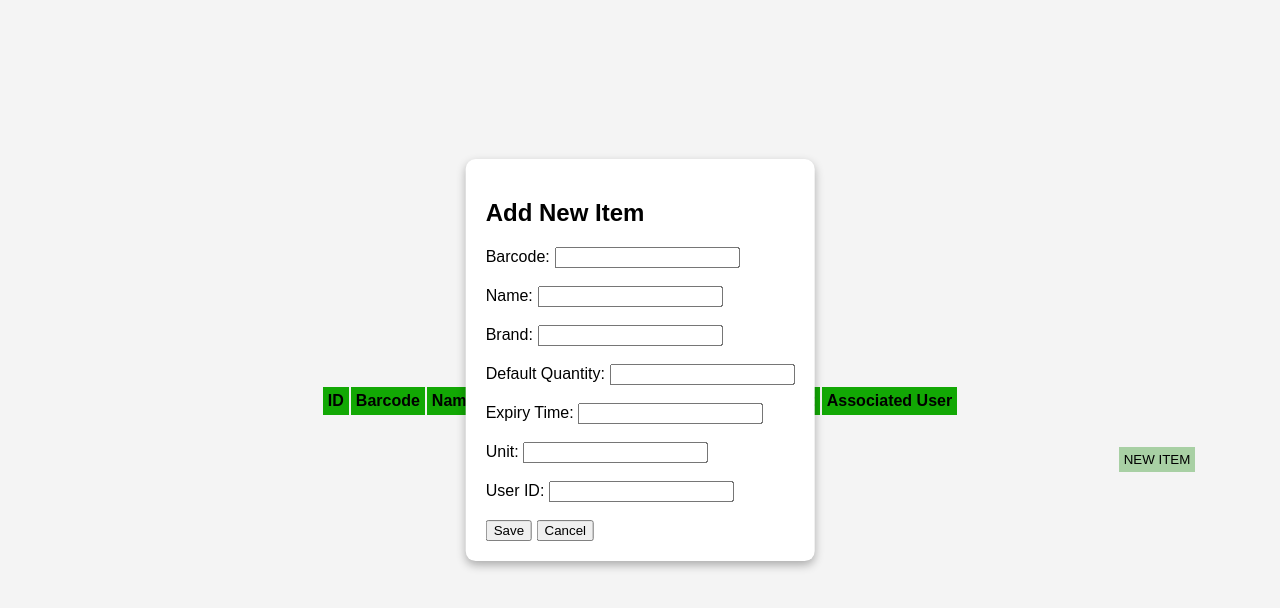
Repository: ChickenTenders2/FoodLink
Page: web_app/templates/item_view.html
These files come from the project's save history. The page is drawn as it stood at one moment and after the next save; the edit follows.
The browser window is 1280 px wide. The pictures show the whole page.
After loading, the first visible `button.add` was clicked once.
The page is served by the project's application, run on Flask 3 (web_app/app.py). Other server files are loaded and not shown. The template is opened directly, without the code that normally fills it, so the values that code supplies are empty.

Above is the page before, as saved 2025-04-19 20:04:20.

### web_app/templates/item_view.html
<!DOCTYPE html>
<html lang="en">
<head>
    <meta charset="UTF-8">
    <meta name="viewport" content="width=device-width, initial-scale=1.0">
    <title>FoodLink Admin</title>
    <!-- Link to the external CSS file -->
    <link rel="stylesheet" href="{{ url_for('static', filename='style.css') }}">
</head>
<body>
    <h1 class="item_view_title">Items Table</h1>
    <div class="items">
    <table class="table-items">
        <tr>
            <th>ID</th>
            <th>Barcode</th>
            <th>Name</th>
            <th>Brand</th>
            <th>Expiry Time</th>
            <th>Default Quantity</th>
            <th>Unit</th>
            <th>Associated User</th>
        </tr>
        {% for row in items %}
            <tr onmouseover="interact(event)" onclick="options(event)" onmouseout="reset(event)">
            {% for col in row %}
                <td>{{ col }}</td>
            {% endfor %}
                <td style="visibility:hidden;"><button class="item_button" onclick="remove_item('{{ row[0] }}', event)"> X </button></td>
                <td style="visibility:hidden;"><button class="item_button" onclick="open_popup('{{ row[2] }}', '{{ row[1] }}', '{{ row[2] }}', '{{ row[3] }}', '{{ row[5] }}', '{{ row[4] }}', '{{ row[6] }}', '{{ row[0] }}', '{{ row[7] }}')"> ✐ </button></td>
            </tr>
        {% endfor %}
    </table>
    </div>
    <button class="add" onclick="open_popup('New Item', '', '', '', '', '', '', '', '', true)">NEW ITEM</button>
       <!-- Pop-Up for Editing Quantity & Expiration Date -->
       <div id="popup" class="popup">
        <h2 id="popup-title"></h2>
        <form id="update-form">
            <label for="barcode" id="barcode-label" hidden>Barcode:</label>
            <input type="hidden" id="barcode" name="barcode">
            <br><br>
            <label for="name">Name:</label>
            <input type="string" id="name" name ="name" required>
            <br><br>
            <label for="brand">Brand:</label>
            <input type="string" id="brand" name="brand" required>
            <br><br>
            <label for="quantity">Default Quantity:</label>
            <input type="number" id="quantity" name ="quantity" min ="1" required>
            <br><br>
            <label for="expiry">Expiry Time:</label>
            <input type="string" id="expiry" name="expiry" required>
            <br><br>
            <label for="unit">Unit:</label>
            <input type="string" id="unit" name="unit" required>
            <br><br>
            <label for="unit">User ID:</label>
            <input type="number" id="user-id" name="user-id">
            <br><br>
            <!-- hidden inputs used so js code has variables needed to update-->
            <input type="hidden" id="original-expiry" name="original-expiry">
            <input type="hidden" id="original-quantity" name="original-quantity">
            <input type="hidden" id="original-user-id" name="original-user-id">
            <input type="hidden" id="original-brand" name="original-brand">
            <input type="hidden" id="original-name" name="original-name">
            <input type="hidden" id="original-unit" name="original-unit">
            <input type="hidden" id="inventory-id" name="inventory_id">
            <button type="submit">Save</button>
            <button type="reset" onclick="close_popup()">Cancel</button>
        </form>
    </div>
    <script src="{{ url_for('static', filename='js/item_view.js') }}"></script>
    <script src="{{ url_for('static', filename='js/table.js') }}"></script>
</body>
</html>

### web_app/app.py
from flask import Flask, jsonify, render_template, request, url_for, Response
from item import item_table
from recipe import recipe_table
from input_handling import input_handling
app = Flask(__name__, template_folder = "templates")

# Item table interface
@app.route('/admin/item_view')
def get_items():
    items = item.get_all()
    return render_template("item_view.html", items = items)

# Recipe table interface
@app.route('/admin/recipe_view')
def get_recipes():
    recipes = recipe.get_all()
    return render_template("recipe_view.html", recipes = recipes)

@app.route('/admin/item_view/delete', methods = ['POST'])
def delete_item():
    try:
        id = request.data.decode('utf-8')
        item.remove_item(id)
        return jsonify({'success': True})
    except Exception as e:
        return jsonify({'success': False, 'error': str(e)})

@app.route('/admin/recipe_view/delete', methods = ['POST'])
def delete_recipe():
    try:
        id = request.data.decode('utf-8')
        recipe.remove_recipe(id)
        return jsonify({'success': True})
    except Exception as e:
        return jsonify({'success': False, 'error': str(e)})

@app.route('/admin/item_view/update_item', methods = ['POST'])
def update_item_admin():
    inventory_id = request.form['inventory_id']
    name = request.form['name']
    brand = request.form['brand']
    quantity = request.form['quantity']
    expiry_date = request.form['expiry']
    unit = request.form['unit']
    barcode = request.form['barcode']
    user = request.form['user-id']
    if barcode == "None":
        barcode = None
    if user == "":
        user = None
    valid = input.validate_expiry(expiry_date)
    if valid:
        try:
            item.update_item(inventory_id, barcode, name, brand, expiry_date, quantity, unit, user)
            return jsonify({'success': True})
        except Exception as e:
            return jsonify({'success': False, 'error': str(e)})
    else:
         return jsonify({'success': False, 'error': str("Expiry formatted incorrectly")})

@app.route('/admin/item_view/update_recipe', methods = ['POST'])
def update_recipe_admin():
    recipe_id = request.form['recipe-id']
    name = request.form['name']
    instructions = request.form['instructions']
    user = request.form['user-id']
    if user == "":
        user = None
    try:
        recipe.update_recipe(recipe_id, name, instructions, user)
        return jsonify({'success': True})
    except Exception as e:
        return jsonify({'success': False, 'error': str(e)})

@app.route('/admin/item_view/add_item', methods = ['POST'])
def add_item_admin():
    barcode = request.form['barcode']
    name = request.form['name']
    brand = request.form['brand']
    quantity = request.form['quantity']
    expiry_date = request.form['expiry']
    unit = request.form['unit']
    user = request.form['user-id']
    if barcode == "":
        barcode = None
    if user == "":
        user = None
    valid = input.validate_expiry(expiry_date)
    if valid:
        try:
            item.add_item(barcode, name, brand, expiry_date, quantity, unit, user)
            return jsonify({'success': True})
        except Exception as e:
            return jsonify({'success': False, 'error': str(e)})
    else:
         return jsonify({'success': False, 'error': str("Expiry formatted incorrectly")})

@app.route('/admin/recipe_view/add_item', methods = ['POST'])
def add_recipe_admin():
    name = request.form['name']
    instructions = request.form['instructions']
    user = request.form['user-id']
    if user == "":
        user = None
    try:
        recipe.add_recipe(name, instructions, user)
        return jsonify({'success': True})
    except Exception as e:
        return jsonify({'success': False, 'error': str(e)})

if __name__ == '__main__':
    # Classes for handling sql expressions
    input = input_handling()
    item = item_table()
    recipe = recipe_table()
    app.run(debug=True)

### web_app/static/style.css
.widget {
    text-align: center;
}


/* General Styles */

.add {
    margin-left: 1034px;
    margin-top: 30px;
    background-color: #27941d5e;
    padding: 5px;
    cursor: pointer;
    border: none;
}

.add:hover {
    background-color: #053b0585;
    margin-left: 1034px;
    margin-top: 30px;
    padding: 5px;
    cursor: pointer;
    border: none;
    scale: 1.1;
}

tr:nth-child(odd) {
    background-color: #27941d5e;
}

tr:nth-child(even) {
    background-color: #1c64166b;
}

.item_view_title {
    padding: 50px;
}

.item_button {
    border: none;
    background-color: #49f33900;
    cursor: pointer;
    color: rgb(0, 0, 0);
}

.item_button:hover {
    border: none;
    cursor: pointer;
    scale: 1.5;
}

td {
    padding: 5px;
    cursor: pointer;
}

th {
    padding: 5px;
    cursor: default;
}

.modal {
    display: none;
    position: fixed;
    z-index: 1000;
    left: 0;
    top: 0;
    width: 100%;
    height: 100%;
    overflow: auto;
    background-color: rgba(0,0,0,0.4);
}

.instructions-form {
    height: 20vh;
}

.popup {
    z-index: 1;
}

.items {
    max-height: 60vh;
    max-width: 90%;
    overflow: auto;
}

table th {
    position: sticky;
    top: 0;
    z-index: 1;
    background-color: #12a804;
}

.modal-content {
    background-color: #fff;
    margin: 10% auto;
    padding: 20px;
    border: 1px solid #888;
    width: 80%;
    border-radius: 10px;
}

.modal-content h2 {
    margin-top: 0;
}

.modal-content button {
    margin-right: 10px;
}

body {
    font-family: Arial, sans-serif;
    background-color: #eaf5e0; /* Light green background */
    display: flex;
    flex-direction: column;
    justify-content: center;
    align-items: center;
    height: 100vh;
}


/* General Styles */
body {
    font-family: Arial, sans-serif;
    background-color: #f4f4f4;
    display: flex;
    flex-direction: column;
    align-items: center;
    height: 100vh;
    margin: 0;
}

h1 {
    margin-bottom: 20px;
}

.dashboard-container {
    display: flex;
    flex-direction: column;
    width: 90%;
}

/* Header Section */
.header {
    display: flex;
    justify-content: space-between;
    align-items: center;
    padding: 10px;
}

h1 {
    margin: 0;
    text-align: left;
}

.user-section {
    display: flex;
    align-items: center;
}

.user-section img {
    width: 30px;
    height: 30px;
    margin-right: 10px;
    cursor: pointer;
}

/* Grid Layout */
.dashboard-content {
    display: grid;
    grid-template-columns: 290px 290px 300px;
    gap: 100px;
    align-items: start;
}

.left-section {
    display: grid;
    grid-template-columns: 290px 290px;
    grid-template-rows: 150px 150px;
    gap: 100px;
}

.tile {
    background-color: #d4edc9;
    padding: 30px;
    text-align: center;
    border-radius: 10px;
    font-size: 18px;
    cursor: pointer;
    transition: transform 0.2s ease-in-out;
    width: 290px;
    height: 150px;
}

.tile:hover {
    transform: scale(1.05);
}

#inventory {
    grid-column: 1;
    grid-row: 1;
}

#recipes {
    grid-column: 2;
    grid-row: 1;

}

#shopping-list {
    grid-column: 1;
    grid-row: 2;

}

#temperature {
    grid-column: 2;
    grid-row: 2;
    width: 112px;
}

#humidity {
    grid-column: 2;
    grid-row: 2;
    width: 112px;
    margin-left: 175px;
}

#alerts {
    grid-column: 3;
    grid-row: 1 / span 2;
    width: 300px;
    height: 400px;
}

/*Login/Register Styles*/

.auth-container {
    background-color: rgba(255, 255, 255, 0.85);
    padding: 40px;
    border-radius: 20px;
    width: 90%;
    max-width: 400px;
    box-shadow: 0 8px 16px rgba(0,0,0,0.3);
    text-align: center;
}

.auth-container h2 {
    margin-bottom: 30px;
    font-size: 32px;
    font-weight: bold;
}

.input-group {
    display: flex;
    flex-direction: column;
    gap: 15px;
    margin-bottom: 20px;
    width: 100%;
}

.name-group {
    display: flex;
    gap: 15px;
    width: 100%;
}

.name-group input {
    flex: 1;
    padding: 12px;
    font-size: 16px;
    border: none;
    border-radius: 30px;
    background-color: #f3f3f3;
    box-sizing: border-box;
}

.input-group input {
    padding: 12px;
    font-size: 16px;
    border: none;
    border-radius: 30px;
    background-color: #f3f3f3;
    width: 100%;
    box-sizing: border-box;
}

.auth-button {
    padding: 12px 24px;
    font-size: 18px;
    border: none;
    border-radius: 30px;
    background-color: #a6d785;
    color: #000;
    cursor: pointer;
    transition: background-color 0.3s ease;
    width: 48%;
    box-sizing: border-box;
}

.auth-button:hover {
    background-color: #8fca6c;
}


/* Inventory Grid */
.inventory-container {
    display: grid;
    grid-template-columns: repeat(auto-fill, minmax(100px, 1fr));
    gap: 10px;
    max-width: 1000px;
    background-color: #d4edc9; /* Soft green */
    padding: 15px;
    margin-top: 10px;
    border-radius: 10px;
    box-shadow: 2px 2px 10px rgba(0, 0, 0, 0.2);
}

/* Inventory Tiles */
.inventory-tile {
    width: 100px;
    height: 100px;
    background-color: #85c88a; /* Darker green for contrast */
    border-radius: 5px;
    display: flex;
    justify-content: center;
    align-items: center;
    position: relative;
    cursor: pointer;
    transition: transform 0.2s ease-in-out;
}

a.tile-link {
    text-decoration: none;
    color: inherit;
    display: inline-block;
}

.inventory-tile:hover {
    transform: scale(1.1); /* Slight zoom on hover */
}

/* Item Image */
.inventory-tile img {
    width: 80%;
    height: 80%;
    object-fit: contain;
}

/* Hover Effect: Show Item Name */
.item-name {
    position: absolute;
    bottom: -5px;
    left: 50%;
    transform: translateX(-50%);
    background-color: rgba(0, 100, 0, 0.8); /* Dark green */
    color: white;
    padding: 5px;
    border-radius: 5px;
    font-size: 12px;
    opacity: 0;
    transition: opacity 0.2s ease-in-out;
}

.inventory-tile:hover .item-name {
    opacity: 1;
}

/* Pop-Up for Editing Item Details */
.popup {
    position: fixed;
    top: 50%;
    left: 50%;
    transform: translate(-50%, -50%);
    background-color: white;
    padding: 20px;
    border-radius: 10px;
    box-shadow: 0px 4px 10px rgba(0, 0, 0, 0.3);
    display: none; /* Initially hidden */
}

/* Responsive Styling */
@media (max-width: 768px) {
    .inventory-container {
        grid-template-columns: repeat(auto-fill, minmax(80px, 1fr));
        max-width: 90%;
    }

    .inventory-tile {
        width: 80px;
        height: 80px;
    }

    .popup {
        width: 80%;
    }

    .grid-container {
        grid-template-columns: repeat(2, 1fr);
    }
    .large {
        grid-column: span 2;
    }
}

/* Recipes Page Styles */

.recipes-container {
    width: 100%;
    max-width: 1000px;
    display: flex;
    flex-direction: column;
    gap: 20px;
    padding-top: 20px;
}

.recipe-tile {
    background-color: #d4edc9;
    border-radius: 10px;
    padding: 20px;
    font-size: 18px;
    cursor: pointer;
    transition: transform 0.2s ease-in-out;
    box-shadow: 0 2px 4px rgba(0, 0, 0, 0.1);
    width: 100%;
}

.recipe-tile:hover {
    transform: scale(1.02);
}

.recipe-actions {
    display: flex;
    justify-content: center;
    gap: 20px;
    margin-top: 20px;
}

.recipe-actions button {
    padding: 10px 20px;
    font-size: 16px;
    border: none;
    border-radius: 5px;
    background-color: #d4edc9;
    cursor: pointer;
    transition: background-color 0.2s ease;
}

.recipe-actions button:hover {
    background-color: #aed581;
}

.modal {
    display: none;
    position: fixed;
    z-index: 1000;
    left: 0;
    top: 0;
    width: 100%;
    height: 100%;
    overflow: auto;
    background-color: rgba(0,0,0,0.4);
}

.modal-content {
    background-color: #fff;
    margin: 10% auto;
    padding: 20px;
    border: 1px solid #888;
    width: 80%;
    border-radius: 10px;
}

.modal-content h2 {
    margin-top: 0;
}

.modal-content button {
    /*margin-right: 10px;*/
    margin-left: 10px;
    padding: 5px 10px;
    font-size: 14px;
    border: none;
    border-radius: 5px;
    background-color: #aed581;
    cursor: pointer;
    transition: background-color 0.2s ease;
}

/* Shopping List Page Styles */

.shopping-list-container {
    width: 100%;
    max-width: 800px;
    display: flex;
    flex-direction: column;
    gap: 15px;
    padding-top: 20px;
}

.shopping-item {
    background-color: #d4edc9;
    border-radius: 10px;
    padding: 15px 20px;
    font-size: 18px;
    display: flex;
    justify-content: space-between;
    align-items: center;
    transition: transform 0.2s ease-in-out;
}

.shopping-item:hover {
    transform: scale(1.02);
}

.item-actions button {
    margin-left: 10px;
    padding: 5px 10px;
    font-size: 14px;
    border: none;
    border-radius: 5px;
    background-color: #aed581;
    cursor: pointer;
    transition: background-color 0.2s ease;
}

.item-actions button:hover {
    background-color: #9ccc65;
}


.filter-form input[type="text"],
.filter-form select {
    padding: 10px;
    font-size: 16px;
    border-radius: 30px;
    border: none;
    background-color: #f3f3f3;
    width: 250px;
    box-shadow: 0 1px 3px rgba(0, 0, 0, 0.1);
}

.filter-form button {
    padding: 10px 20px;
    font-size: 16px;
    border: none;
    border-radius: 30px;
    background-color: #a6d785;
    cursor: pointer;
    transition: background-color 0.2s ease;
}

.filter-form button:hover {
    background-color: #8fca6c;
}

/* centres barcode scanner window*/
.video-window {
    margin-top: 20px;
    text-align: center;
}

/* shortens date boxes for adding item expiry time */
.date_field {
    text-align: center;
    width: calc(1ch*3);
    padding: 1px;
}

/* hide spinboxes for expiry time date boxes */
.date_field::-webkit-outer-spin-button,
.date_field::-webkit-inner-spin-button {
    -webkit-appearance: none;
    margin: 0;
}


.search_result_item {
    padding: 10px;
    border-bottom: 1px solid #ccc;
    cursor: pointer;
    transition: background-color 0.2s ease;
}

.search_result_item:hover {
    background-color: #f0f0f0;
}

.item_img {
    width: 60px;
    height: 60px;
    object-fit: cover;
    border-radius: 5px;
}

.item_info {
    flex-grow: 1;
}

#inventory_fields {
    display: none;
    padding-bottom: 0;
}

### web_app/static/js/item_view.js
async function remove_item(id, event) {

    event.stopPropagation();

    // Sends update command and waits for response
    const response = await fetch('/admin/item_view/delete', {
        method: 'POST',
        body: id,
    })

    //Waits until result is recieved
    const result = await response.json();

    if (result.success) {
        // Updates page
        location.reload();
    } else {
        alert('There was an error deleting the item.');
    }
}

// Opens item information popup
function open_popup(itemName, barcode, name, brand, quantity, expiry_date, unit, inventory_id, user_id, add=false) {
    // Sets values in popup to those of the item
    if (add == true) {
        document.getElementById('popup-title').innerText = `Add ${itemName}`;
        document.getElementById('barcode-label').hidden = false;
        document.getElementById('barcode').type = "text";
        document.getElementById('update-form').addEventListener('submit', submit_add);
    } else{
        document.getElementById('popup-title').innerText = `Edit ${itemName}`;
        document.getElementById('barcode-label').hidden = true;
        document.getElementById('barcode').type = "hidden";
        document.getElementById('update-form').addEventListener('submit', submit_update);
    }
    document.getElementById('name').value = name;
    document.getElementById('barcode').value = barcode;
    document.getElementById('brand').value = brand;
    document.getElementById('quantity').value = quantity;
    document.getElementById('expiry').value = expiry_date;
    document.getElementById('unit').value = unit;
    document.getElementById('user-id').value = user_id;
    document.getElementById('inventory-id').value = inventory_id;
    document.getElementById('original-expiry').value = expiry_date;
    document.getElementById('original-quantity').value = quantity;
    document.getElementById('original-brand').value = brand;
    document.getElementById('original-name').value = name;
    document.getElementById('original-unit').value = unit;
    document.getElementById('original-user-id').value = user_id;
    document.getElementById('popup').style.display = 'block';
}

// Closes item information popup
function close_popup() {
    document.getElementById('popup').style.display = 'none';
}

// Updates item in inventory
async function submit_update(event) {
    // Prevent the form from submitting normally
    event.preventDefault();

    // Gets original values
    const originalQuantity = document.getElementById('original-quantity').value;
    const originalExpiry = document.getElementById('original-expiry').value;
    const originalUnit = document.getElementById('original-unit').value;
    const originalBrand = document.getElementById('original-brand').value;
    const originalName = document.getElementById('original-name').value;
    const originalID = document.getElementById('original-user-id').value;

    // Gets new values
    const newQuantity = document.getElementById('quantity').value;
    const newExpiry = document.getElementById('expiry').value;
    const newUnit = document.getElementById('unit').value;
    const newBrand = document.getElementById('brand').value;
    const newName = document.getElementById('name').value;
    const newID = document.getElementById('user-id').value;

    // Checks if values have not been edited
    if (newQuantity == originalQuantity && newExpiry == originalExpiry
        && newUnit == originalUnit && newBrand == originalBrand
        && newName == originalName && originalID == newID) {
        // Prevent sending the update request
        close_popup();
        return;
    }

    // Recreates form
    const form = event.target;
    const formData = new FormData(form);

    // Sends update command and waits for response
    const response = await fetch('/admin/item_view/update_item', {
        method: 'POST',
        body: formData,
    });

    //Waits until result is recieved
    const result = await response.json();

    if (result.success) {
        // Updates page
        location.reload();
    } else {
        alert('There was an error updating the item.');
    }
}

async function submit_add(event) {
    // Prevent the form from submitting normally
    event.preventDefault();

    // Recreates form
    const form = event.target;
    const formData = new FormData(form);

    // Sends update command and waits for response
    const response = await fetch('/admin/item_view/add_item', {
         method: 'POST',
         body: formData,
     });

    //Waits until result is recieved
    const result = await response.json();

    if (result.success) {
         // Updates page
         location.reload();
    } else {
         alert('There was an error updating the item.');
    }
}

### web_app/static/js/table.js
// Editing keeps track of if the user is modifying a row.
editing = false;

async function reset(event) {
    if (!editing) {
        event.currentTarget.style.backgroundColor = "";
    }
}

function interact(event) {
    if (!editing) {
        event.currentTarget.style.backgroundColor = "#053b0585";
    }
}

function options(event) {
    const collection = event.currentTarget.children;
    // Switches to editing if a row is pressed.
    if (!editing) {
        editing = true
        current = event.currentTarget
    }
    // Switches editing to false only if the current row is pressed again.
    else if (editing && (current == event.currentTarget)) {
        editing = false
    }
    if (editing && (current == event.currentTarget)) {
        // If a row is clicked on, the last two buttons (edit and delete are made visible).
        collection[collection.length - 1].style.visibility = "visible";
        collection[collection.length - 2].style.visibility = "visible";
    }
    else {
         // If a row is clicked on a second time, the last two buttons (edit and
         // delete are made hidden).
        collection[collection.length - 1].style.visibility = "hidden";
        collection[collection.length - 2].style.visibility = "hidden";
    }
}

After the next save:
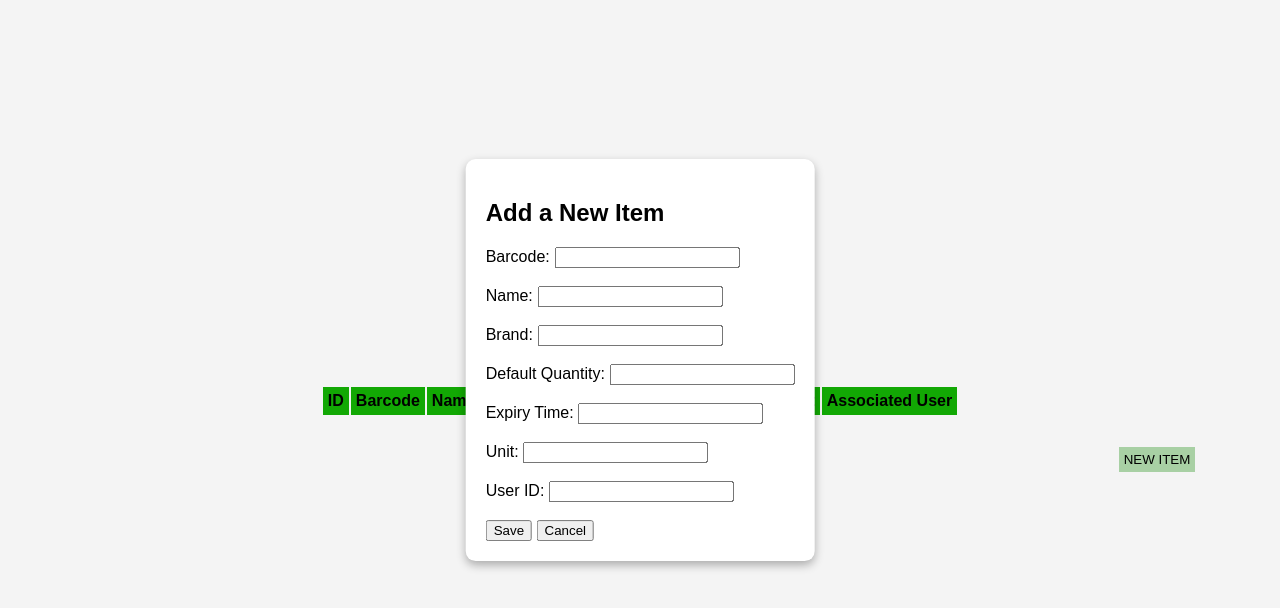
Saved 14 s later.
--- a/web_app/static/js/item_view.js
+++ b/web_app/static/js/item_view.js
@@ -23,7 +23,7 @@ async function remove_item(id, event) {
 function open_popup(itemName, barcode, name, brand, quantity, expiry_date, unit, inventory_id, user_id, add=false) {
     // Sets values in popup to those of the item
     if (add == true) {
-        document.getElementById('popup-title').innerText = `Add ${itemName}`;
+        document.getElementById('popup-title').innerText = `Add a New Item`;
         document.getElementById('barcode-label').hidden = false;
         document.getElementById('barcode').type = "text";
         document.getElementById('update-form').addEventListener('submit', submit_add);
